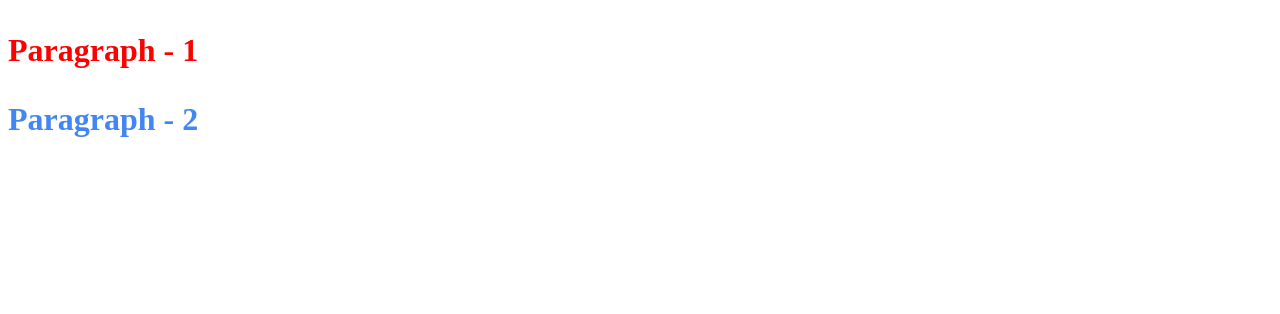
Repository: linas-dev/HTML-CSS-Projects
Page: Basic_HTML_and_JavaScript_1/Basic_HTML_1.html
The author's editor kept a copy of each file at every save. The page is drawn from the files as they stood at one save, then again after the next save.
The browser window is 1280 px wide. The pictures show the whole page.

Above is the page before, as saved 2021-05-26 22:07:48.

After the next save:
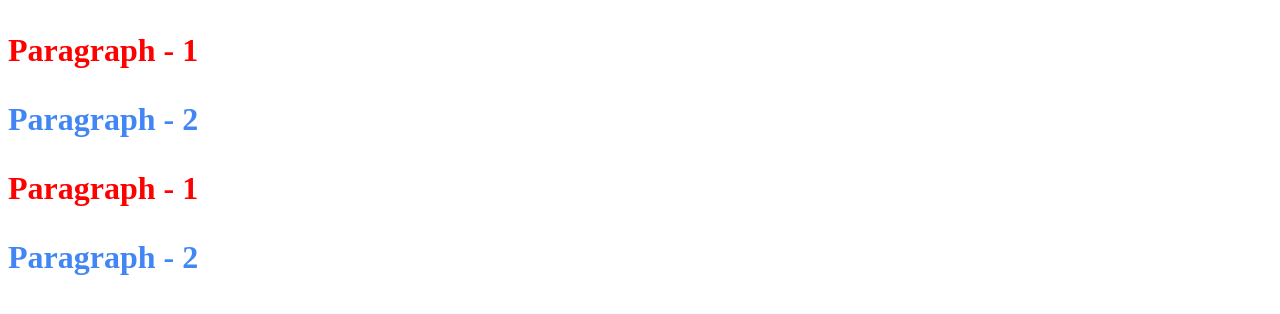
Saved 9 min 23 s later.
--- a/Basic_HTML_and_JavaScript_1/Basic_HTML_1.html
+++ b/Basic_HTML_and_JavaScript_1/Basic_HTML_1.html
@@ -9,6 +9,8 @@
 <body>
     <h1><p><font color="red">Paragraph - 1</font></p></h1>
     <h1><p><font color="#4285F4">Paragraph - 2</font></p></h1>
+    <h1><p><font color="red">Paragraph - 1</font></p></h1>
+    <h1><p><font color="#4285F4">Paragraph - 2</font></p></h1>
     <script src="Basic_JavaScript_1.js"></script>
 </body>
 </html>
